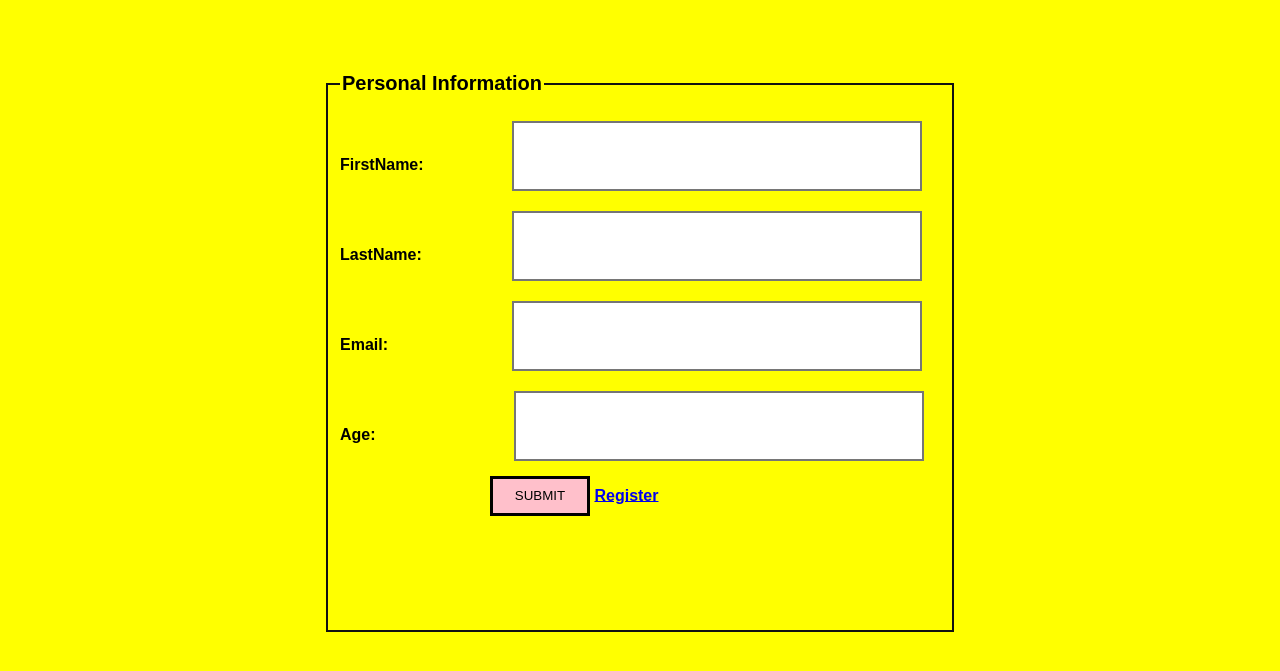
Repository: Femi007-gh/Legend
Page: index.html
An editor plug-in stored every save of this project. The page is shown before and after the next save, followed by the edit.
The browser window is 1280 px wide. The pictures show the whole page.

Above is the page before, as saved 2025-04-07 23:11:53.

### index.html
<html>
  <head>
    <title>LEGEND</title>
    <link rel="stylesheet" href="style.css">
  </head>
  <body>
    <form>
      <fieldset class="field">
        <legend class="ld">Personal Information</legend>
        <label class="first">FirstName:</label>
        <input type="text" class="FN"><br>

        <label class="last">LastName:</label>
        <input type="text" class="LN"> <br>

        <label class="mail">Email:</label>
        <input type="text" class="email"> <br>

        <label class="yourage">Age:</label>
        <input type="text" class="age"> <br>
          <button class="sub" type="button">SUBMIT</button>
          <a href="loginpage.html">Register</a>
      </fieldset>
    </form>
  </body>
</html>

### style.css
body {
  font-family:Arial, Helvetica, sans-serif;
  font-weight: bold;
  display: flex;
  justify-content: center;
  align-items: center;
  background-color: yellow;
}

.ld {
  font-size: 20px;
}

.field {
  border: 2px solid #111;
  width: 600px;
  height: 540px;
}

.FN {
  margin-top: 20px;
  margin-left: 84px;
  border-style: solid;
  height: 70px;
  width: 410px;
  font-size: 40px;
}

.LN {
  margin-top: 20px;
  margin-left: 86px;
  border-style: solid;
  height: 70;
  width: 410px;
  font-size: 40px;
}

.email {
  margin-top: 20px;
  margin-left:120px;
  height: 70px;
  border-style: solid;
  width: 410px;
  font-size: 40px;
}

.age {
  margin-top: 20px;
  margin-left: 134px;
  border-style: solid;
  height: 70px;
  width: 410px;
  font-size: 40px;
}

input {
  background-color: white;
}

.sub {
  height: 40px;
  width: 100px;
  margin-left: 150px;
  margin-top: 15px;
  border: none;
  background-color: pink;
  border-style: solid;
  cursor: pointer;
}

.sub:hover {
  background-color: blue;
}

After the next save:
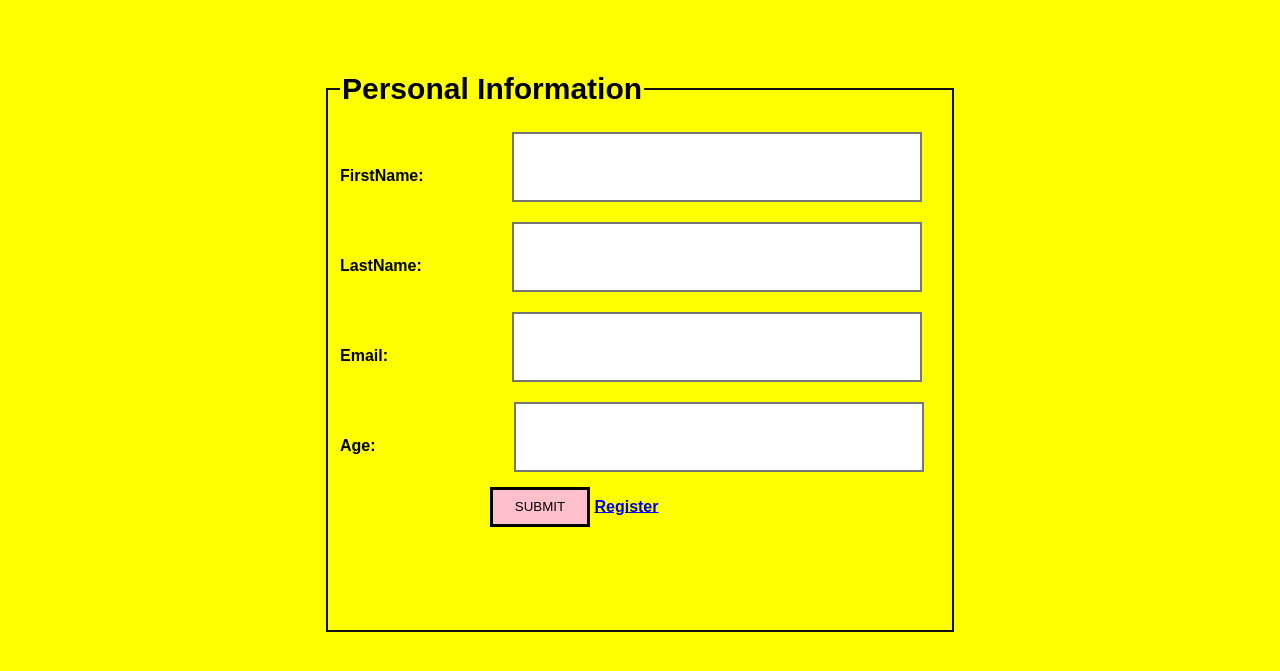
Saved 38 s later.
--- a/style.css
+++ b/style.css
@@ -8,7 +8,7 @@ body {
 }
 
 .ld {
-  font-size: 20px;
+  font-size: 30px;
 }
 
 .field {
